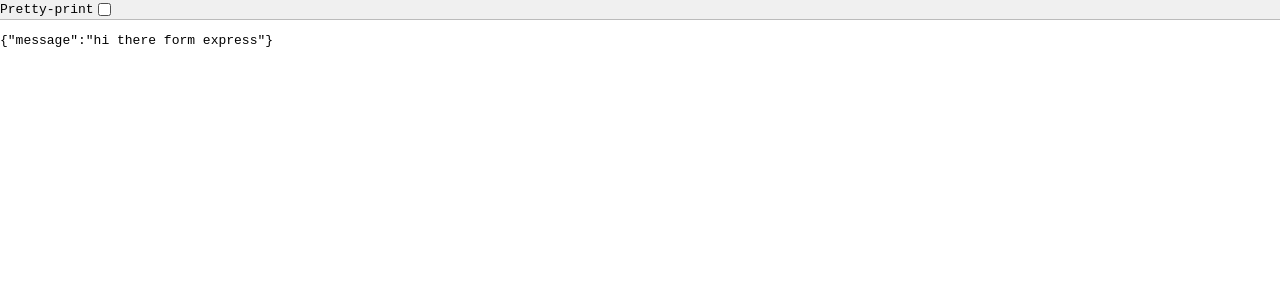
Repository: manrodri/todoReact
Page: http://localhost/
The author's editor kept a record of every edit. The page is drawn from the files as they stood at one moment, then again after the next edit.
The browser window is 1280 px wide. The pictures show the whole page.
The page is served by the project's Node server (todos_api/index.js).

Above is the page before.

After the next edit:
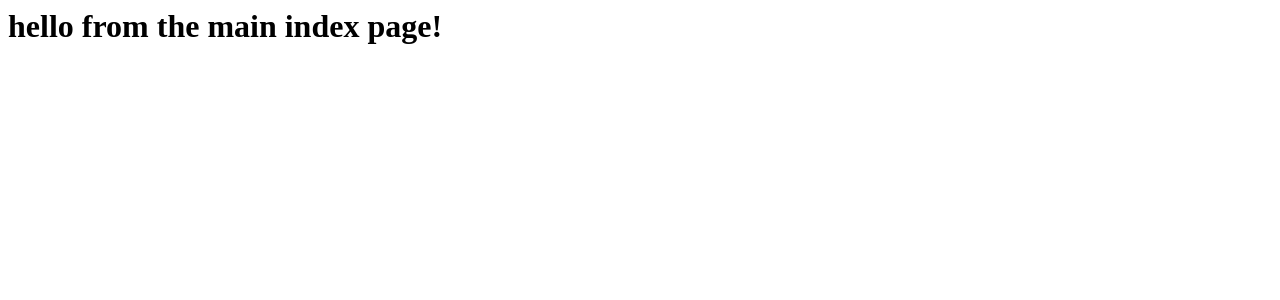
The edit:
--- a/todos_api/index.js
+++ b/todos_api/index.js
@@ -4,10 +4,9 @@
 
 
 var todoRoutes = require('./routes/todos');
+
 app.get('/', function (req, res) {
-    return res.json({
-        message: "hi there form express"
-    });
+    return res.send('<h1>hello from the main index page!</h1>');
 })
 app.listen(port, function () {
     console.log("app is running on port " + port);
